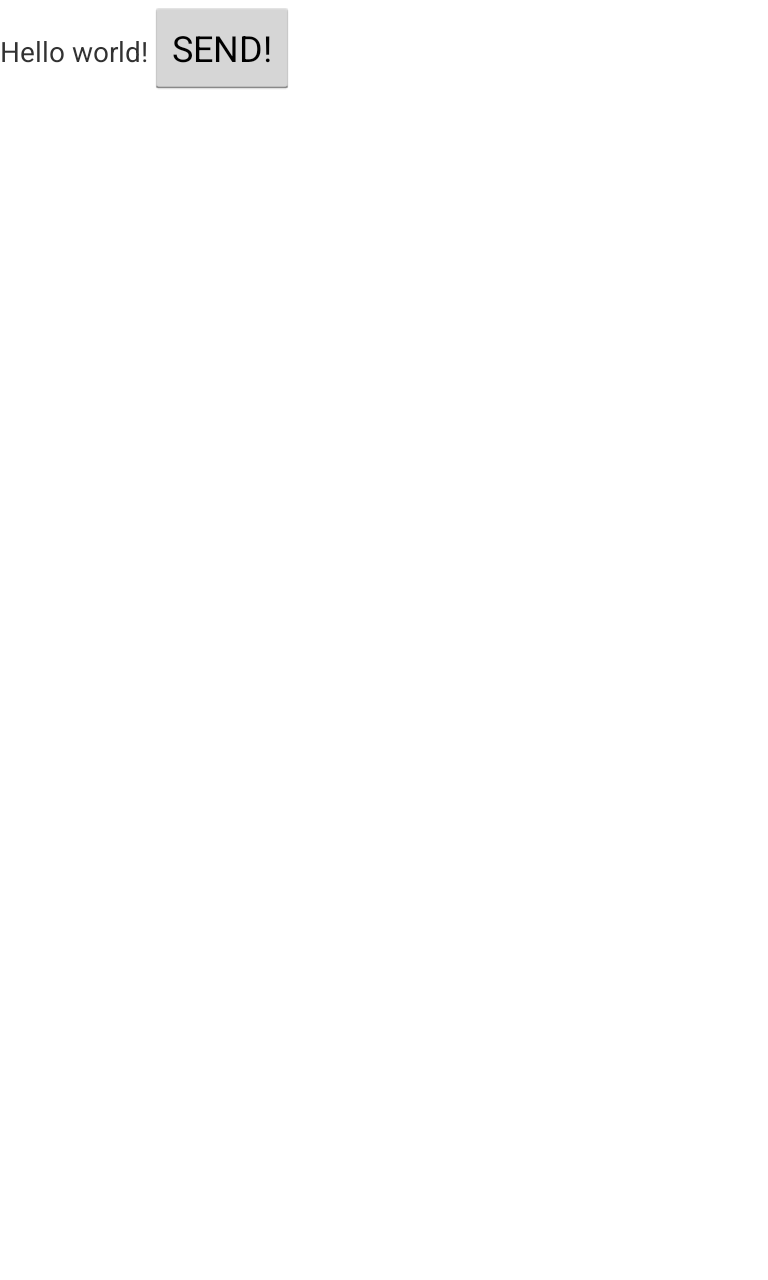
Repository: RayyLim/LiarPoker
Layout: LiarPoker/res/layout/activity_main.xml
These files come from the project's save history. The layout is drawn as it stood at one moment and after the next save; the edit follows.
It is drawn on a 768 x 1280 px phone screen (xhdpi) without system bars, with theme AppTheme; the app's code is not run.

Above is the layout before, as saved 2012-07-21 22:42:21.

After the next save:
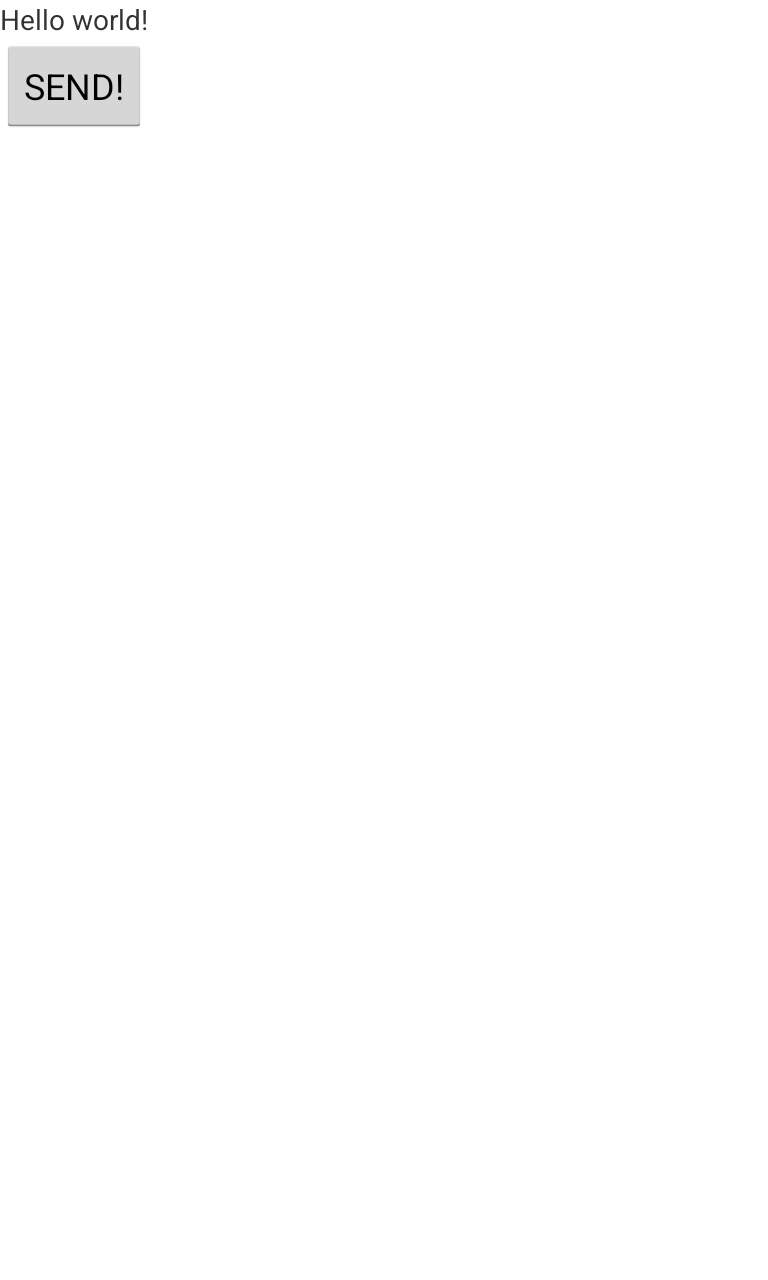
Saved 36 s later.
--- a/LiarPoker/res/layout/activity_main.xml
+++ b/LiarPoker/res/layout/activity_main.xml
@@ -1,7 +1,8 @@
 <LinearLayout xmlns:android="http://schemas.android.com/apk/res/android"
     xmlns:tools="http://schemas.android.com/tools"
     android:layout_width="match_parent"
-    android:layout_height="match_parent" >
+    android:layout_height="match_parent"
+    android:orientation="vertical" >
 
 
     <TextView
